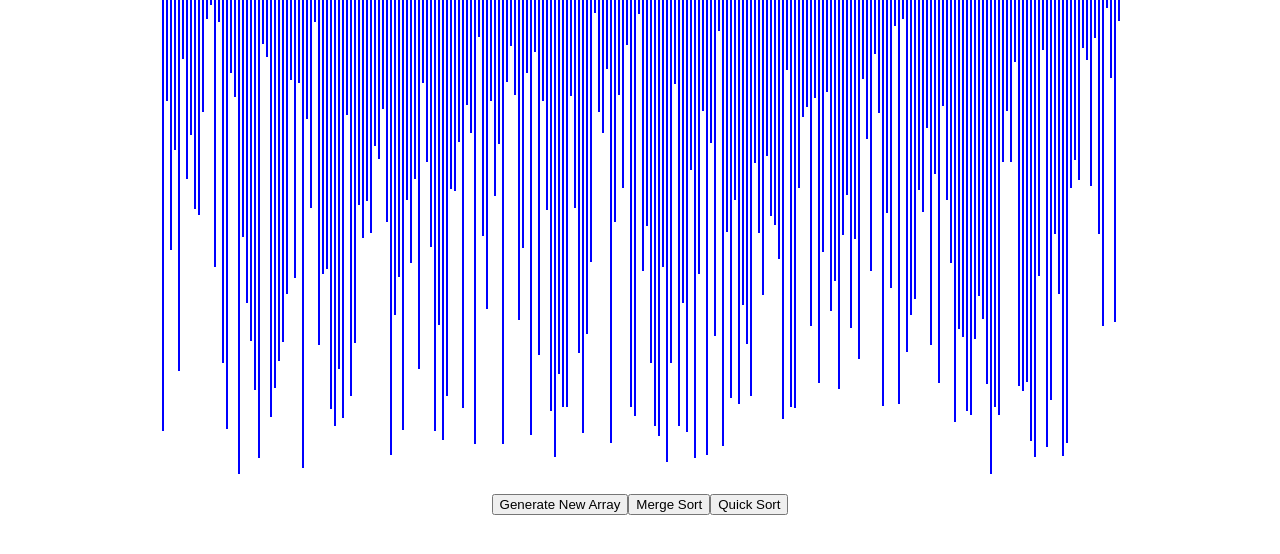
Repository: rehans-Life/sorting-visualizer
Page: /
The author's editor kept a copy of each file at every save. The page is drawn from the files as they stood at one save, then again after the next save.
The browser window is 1280 px wide. The pictures show the whole page.
The project was rebuilt for these pictures with package versions that can differ from the ones it lists, and the page was loaded fresh each time. The framework's server and built-in components were replaced by stand-ins that run in the browser. Also part of the build but not shown: next.config.js.

Above is the page before, as saved 2023-03-17 18:33:14.

After the next save:
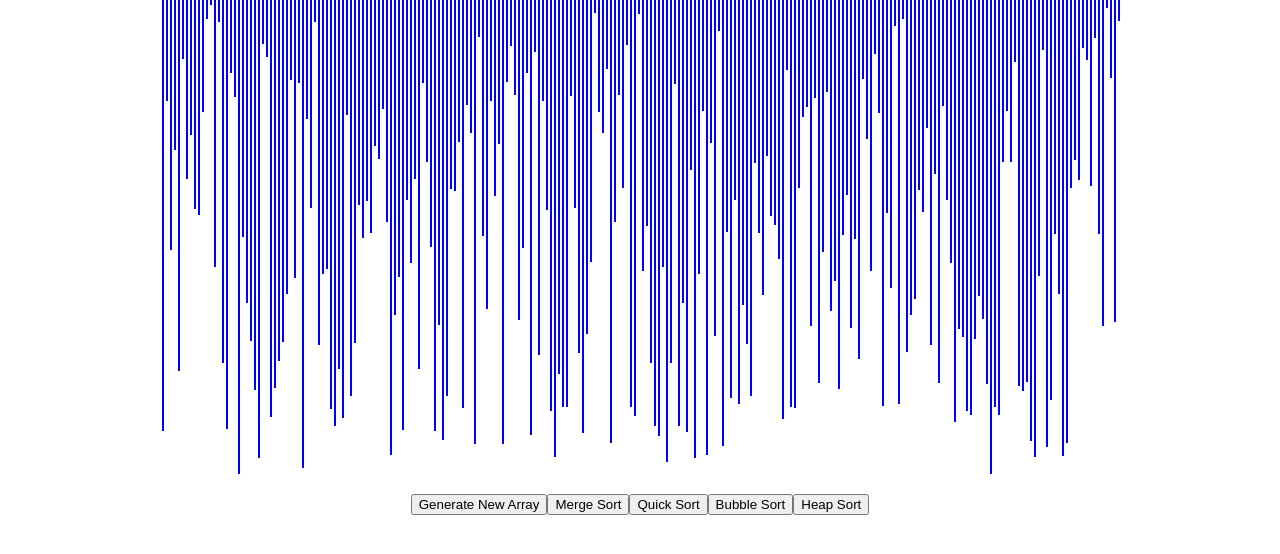
Saved 16 s later.
--- a/pages/index.js
+++ b/pages/index.js
@@ -64,6 +64,12 @@ export default function Home() {
         <button onClick={() => setArray(generateRandomArray(bars, height))}>
           Quick Sort
         </button>
+        <button onClick={() => setArray(generateRandomArray(bars, height))}>
+          Bubble Sort
+        </button>
+        <button onClick={() => setArray(generateRandomArray(bars, height))}>
+          Heap Sort
+        </button>
       </div>
     </div>
   );
